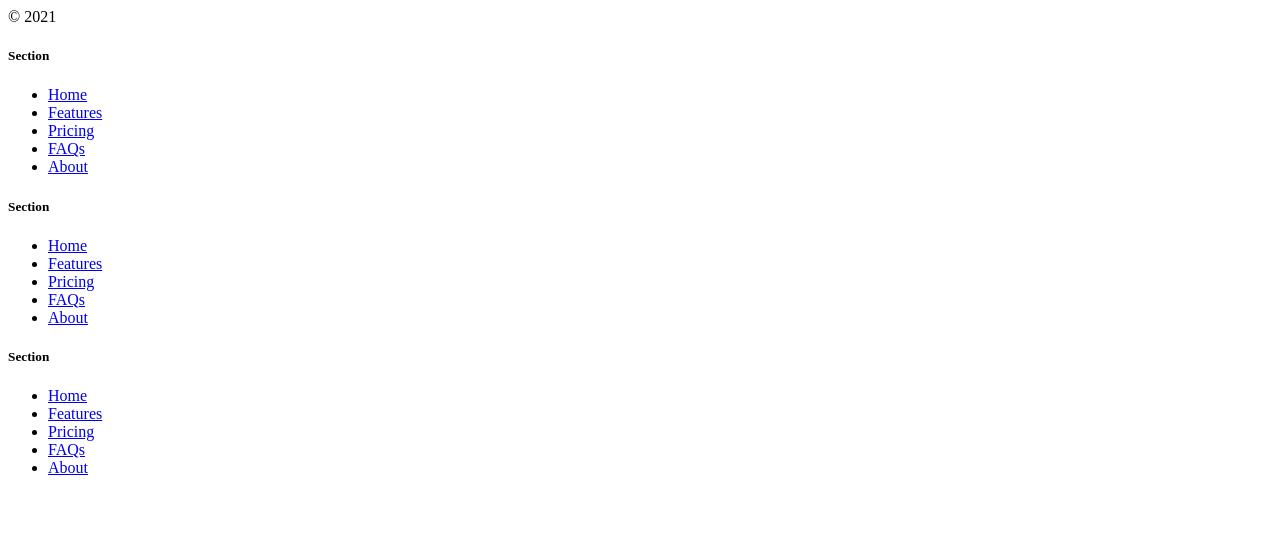
Repository: Tobias-1991/CST-339
Page: http://localhost/layouts/footer
An editor plug-in stored every save of this project. The page is shown before and after the next save, followed by the edit.
The browser window is 1280 px wide. The pictures show the whole page.
The page is this project's Thymeleaf template; nobody is signed in. The template is opened directly, without the code that normally fills it, so the values that code supplies are empty.

Above is the page before, as saved 2022-03-20 02:19:41.

After the next save:
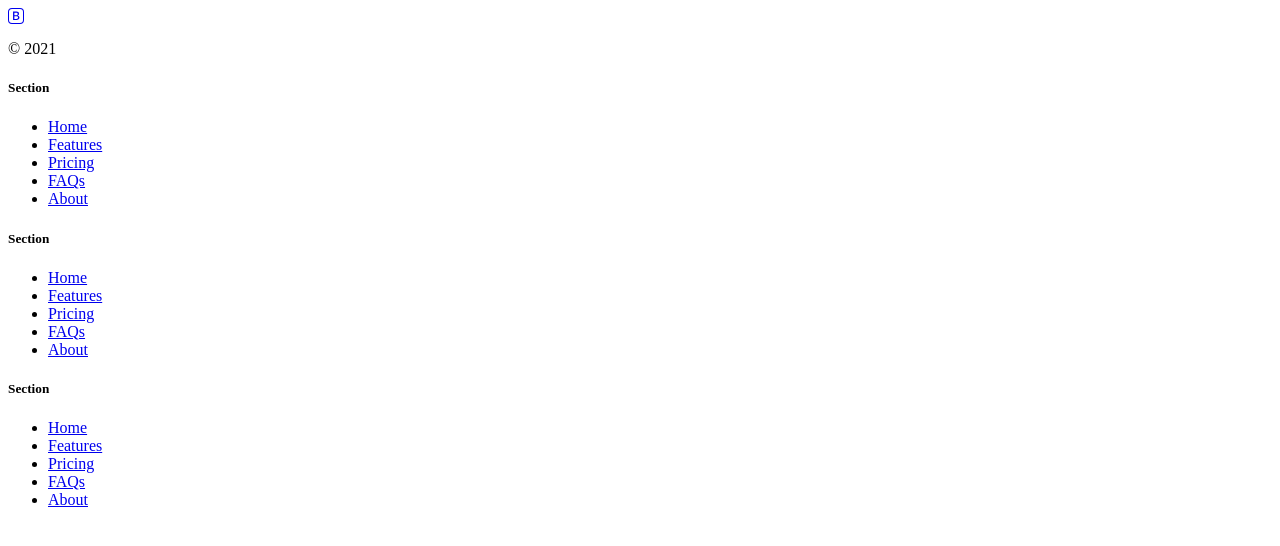
Saved 27 s later.
--- a/JavaProject/JavaProject/src/main/resources/templates/layouts/footer.html
+++ b/JavaProject/JavaProject/src/main/resources/templates/layouts/footer.html
@@ -1,7 +1,10 @@
 <footer th:fragment="footer" class="row row-cols-5 py-5 my-5 border-top">
     <div class="col">
       <a href="/" class="d-flex align-items-center mb-3 link-dark text-decoration-none">
-        <i class="bi bi-bootstrap"></i>
+        <svg xmlns="http://www.w3.org/2000/svg" width="16" height="16" fill="currentColor" class="bi bi-bootstrap" viewBox="0 0 16 16">
+  <path d="M5.062 12h3.475c1.804 0 2.888-.908 2.888-2.396 0-1.102-.761-1.916-1.904-2.034v-.1c.832-.14 1.482-.93 1.482-1.816 0-1.3-.955-2.11-2.542-2.11H5.062V12zm1.313-4.875V4.658h1.78c.973 0 1.542.457 1.542 1.237 0 .802-.604 1.23-1.764 1.23H6.375zm0 3.762V8.162h1.822c1.236 0 1.887.463 1.887 1.348 0 .896-.627 1.377-1.811 1.377H6.375z"/>
+  <path d="M0 4a4 4 0 0 1 4-4h8a4 4 0 0 1 4 4v8a4 4 0 0 1-4 4H4a4 4 0 0 1-4-4V4zm4-3a3 3 0 0 0-3 3v8a3 3 0 0 0 3 3h8a3 3 0 0 0 3-3V4a3 3 0 0 0-3-3H4z"/>
+</svg>
       </a>
       <p class="text-muted">© 2021</p>
     </div>
